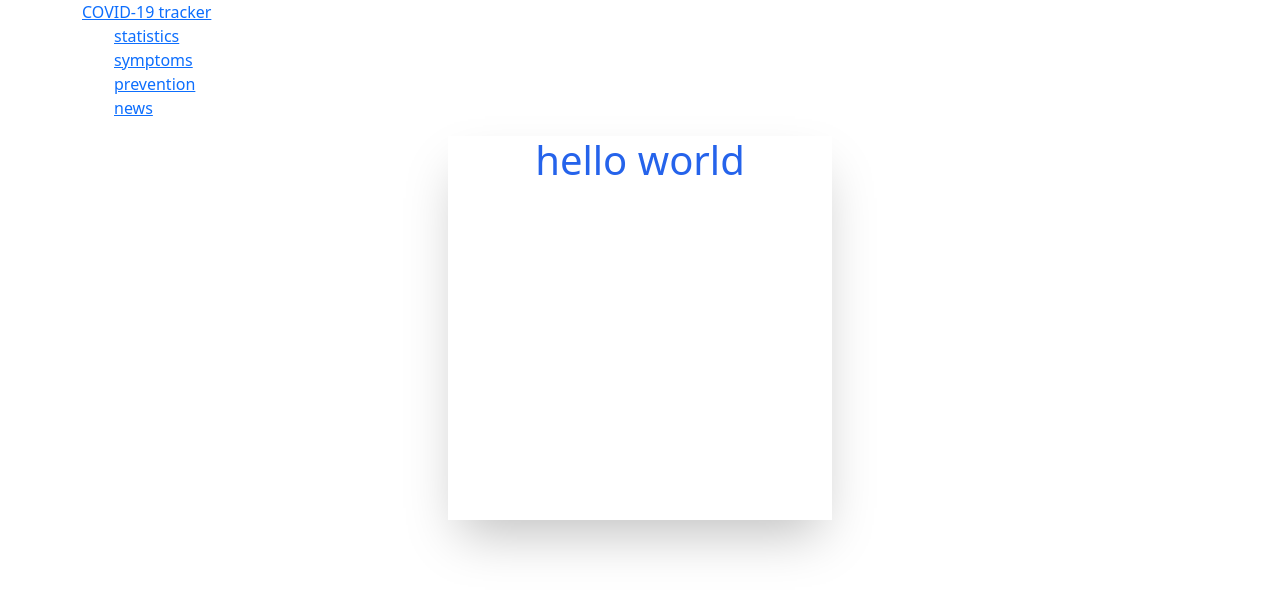
Repository: latenightsnacc/covid-19tracker
Page: design/index.html
An editor plug-in stored every save of this project. The page is shown before and after the next save, followed by the edit.
The browser window is 1280 px wide. The pictures show the whole page.
Some web libraries are served in a nearby version.

Above is the page before, as saved 2021-07-22 14:20:24.

After the next save:
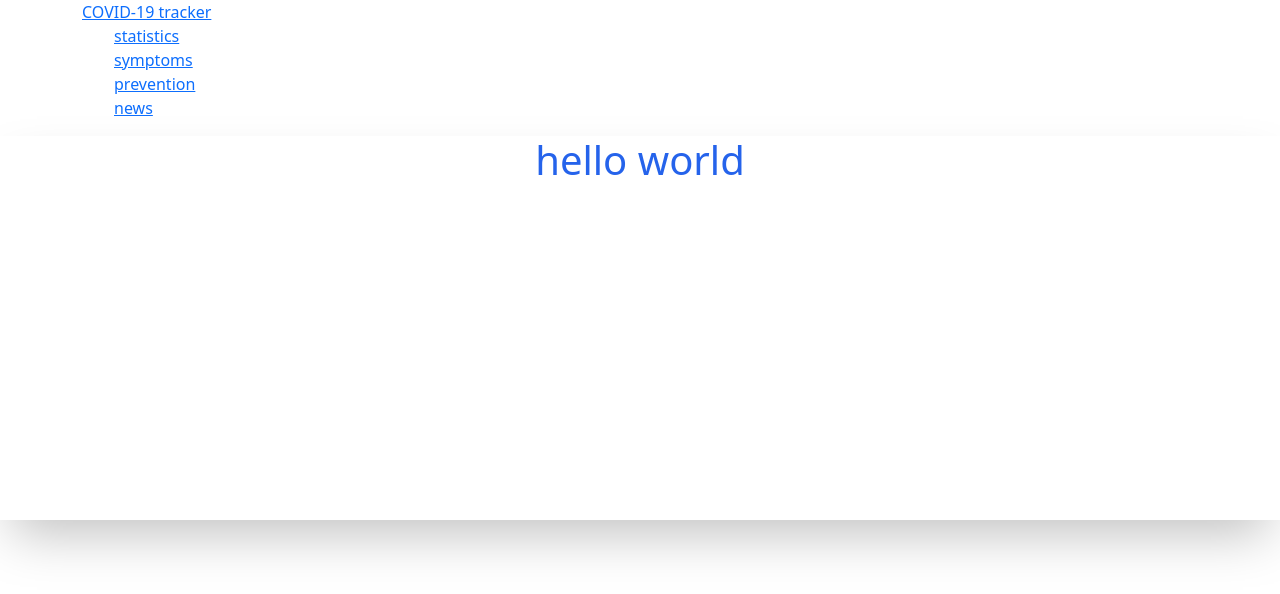
Saved 74 s later.
--- a/design/index.html
+++ b/design/index.html
@@ -34,7 +34,8 @@
                 </li>
             </ul>
         </nav>
-        <div class="w-96 m-auto shadow-2xl bg-white h-96 text-center">
+        <div class="m-auto shadow-2xl bg-white h-96 text-center">
+            <div class="container"></div>
             <h1 class="text-blue-600">hello world</h1>
         </div>
     </main>
